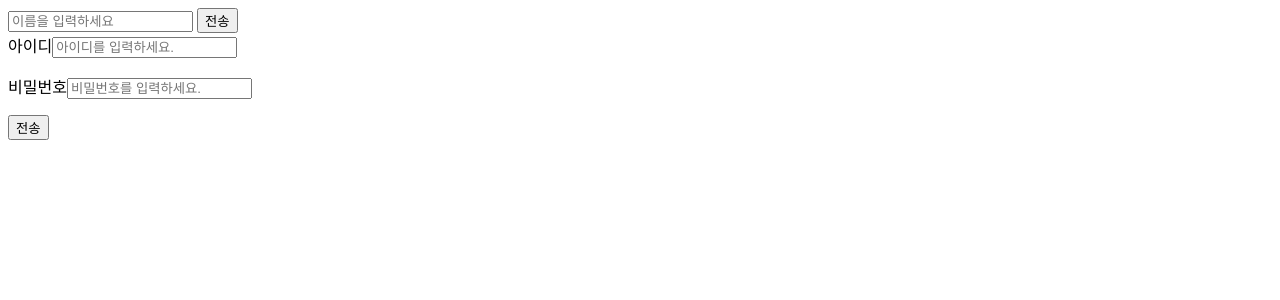
Repository: jiihyun12/jsp_study
Page: http://localhost/servlet/intro.jsp
An editor plug-in stored every save of this project. The page is shown before and after the next save, followed by the edit.
The browser window is 1280 px wide. The pictures show the whole page.
The page is served by Tomcat 9. Other server files are loaded and not shown.

Above is the page before, as saved 2025-03-05 01:54:48.
Console error: SyntaxError: Unexpected token ')'

### servlet/src/main/webapp/intro.jsp
<%@ page language="java" contentType="text/html; charset=UTF-8"
    pageEncoding="UTF-8"%>
<!DOCTYPE html>
<html>
<head>
<meta charset="UTF-8">
<title>Insert title here</title>
</head>
<body>
	<%-- <%
	for(int i = 0; i < 10; i++){
	%>
	<h1>안녕하세요</h1>
	<%
		}
	%> --%>

	<!--
		이름과 나이를 입력받아서
		나이와 만 나이를 서블리에서 계산 후 화면에 응답해주는 페이지 제작
		* 이름과 나이는 모두 유효성 검사 필수
	 -->


	<form method="post" action="home">
		<input name='name' placeholder="이름을 입력하세요" />
		<button>전송</button>
	</form>

	<body>
  		<form>
    	<div>
      		<span>아이디</span><input class="confirm" type="text" name="id" placeholder="아이디를 입력하세요." />
    	</div>

    	<p id="id-result"></p>

    	<div>
      		<span>비밀번호</span><input class="confirm" type="password" name="password" placeholder="비밀번호를 입력하세요." />
    	</div>

    	<p id="password-result"></p>
    		<button type="button">전송</button>
 		</form>
	</body>

<script type= "text/javascript">
	const inputs = document.querySelectorAll(".confirm");
	const button = document.querySelector)("button");
	const id = document.querySelector("input[name='id']");
	const password = document.querySelector("input[name='password']");
	const form = document.querySelector("form");
	const idResult = document.querySelector("#id-result");
	const passwordResult = document.querySelector("#password-result");


</script>

</html>

After the next save:
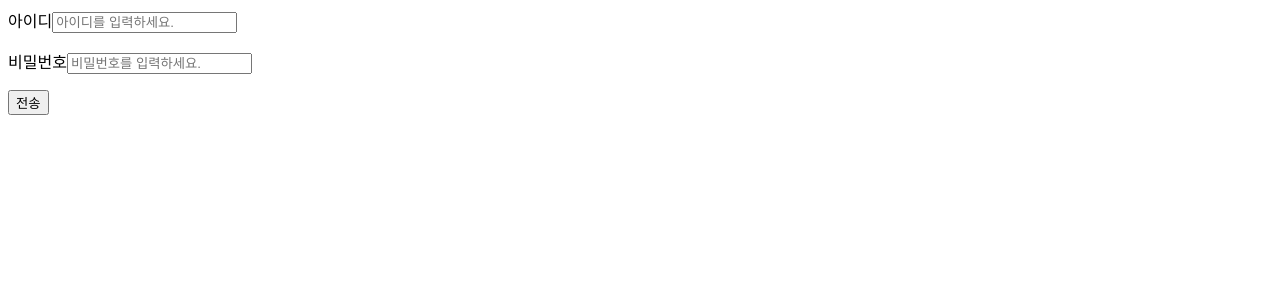
Saved 4 s later.
--- a/servlet/src/main/webapp/intro.jsp
+++ b/servlet/src/main/webapp/intro.jsp
@@ -22,10 +22,10 @@
 	 -->
 
 
-	<form method="post" action="home">
+	<!-- <form method="post" action="home">
 		<input name='name' placeholder="이름을 입력하세요" />
 		<button>전송</button>
-	</form>
+	</form> -->
 
 	<body>
   		<form>
